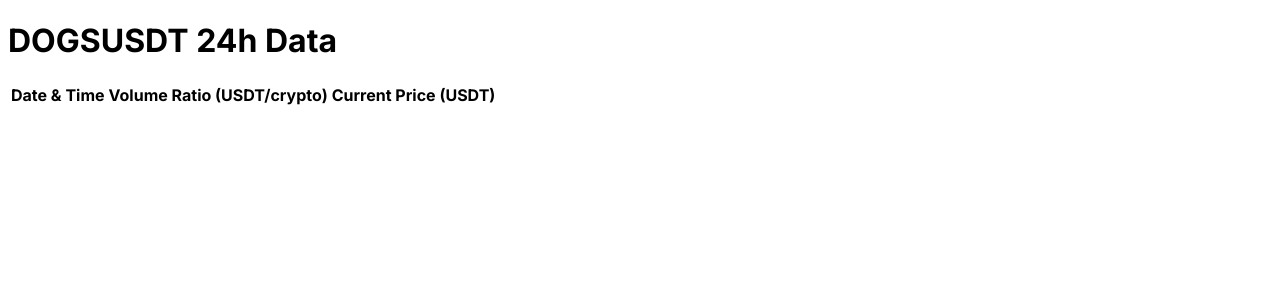
Repository: AbApin/trading-bot
Page: /crypto-table
The author's editor kept a copy of each file at every save. The page is drawn from the files as they stood at one save, then again after a run of saves.
The browser window is 1280 px wide. The pictures show the whole page.
The page's requests for data from a server got no answer. The project was rebuilt for these pictures with package versions that can differ from the ones it lists, and the page was loaded fresh each time. The framework's server and built-in components were replaced by stand-ins that run in the browser. No one was signed in, and anything a server would have sent is missing. Also part of the build but not shown: next.config.mjs.

Above is the page before, as saved 2024-09-05 16:46:48.

After the next 2 saves:
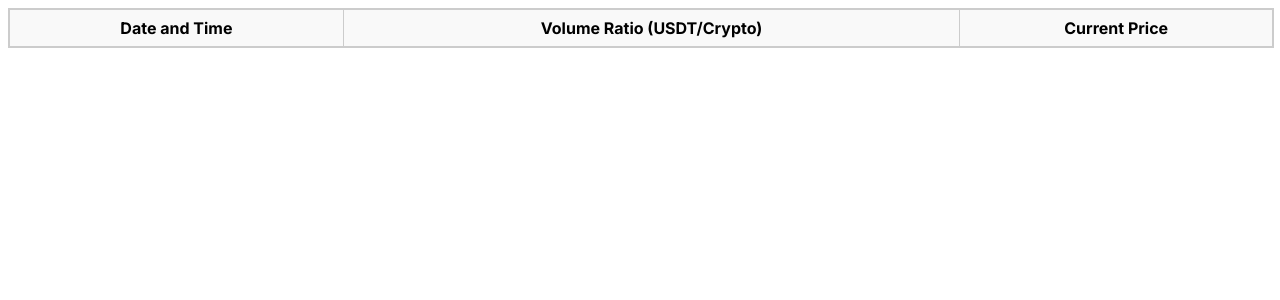
The 2 saves are shown as one change because 1 did not build or start.
The last was saved 74 s later.
--- a/src/app/crypto-table/page.js
+++ b/src/app/crypto-table/page.js
@@ -7,7 +7,7 @@ import './page-module.css'; // Adjust the path as necessary
 const CryptoTablePage = () => {
   const searchParams = useSearchParams();
   const cryptoParam = searchParams.get('crypto') || 'DOGSUSDT'; // Default to DOGSUSDT if no param
-  const [data, setData] = useState([]);
+  const [tableData, setTableData] = useState([]);
 
   useEffect(() => {
     const fetchData = async () => {
@@ -45,28 +45,25 @@ const CryptoTablePage = () => {
   }, [cryptoParam]);
 
   return (
-    <div className="container">
-      <h1>{cryptoParam} 24h Data</h1>
-      <div className="tableContainer">
-        <table className="cryptoTable">
-          <thead>
-            <tr>
-              <th>Date & Time</th>
-              <th>Volume Ratio (USDT/crypto)</th>
-              <th>Current Price (USDT)</th>
+    <div className="table-container">
+      <table className="crypto-table">
+        <thead>
+          <tr>
+            <th>Date and Time</th>
+            <th>Volume Ratio (USDT/Crypto)</th>
+            <th>Current Price</th>
+          </tr>
+        </thead>
+        <tbody>
+          {tableData.map((row, index) => (
+            <tr key={index} className={row.isCurrent ? 'fixed-row' : ''}>
+              <td>{row.dateTime}</td>
+              <td>{row.volumeRatio.toFixed(7)}</td>
+              <td>{row.currentPrice.toFixed(7)}</td>
             </tr>
-          </thead>
-          <tbody>
-            {data.map((row, index) => (
-              <tr key={index}>
-                <td>{row.dateTime}</td>
-                <td>{row.volumeRatio}</td>
-                <td>{row.currentPrice}</td>
-              </tr>
-            ))}
-          </tbody>
-        </table>
-      </div>
+          ))}
+        </tbody>
+      </table>
     </div>
   );
 };
